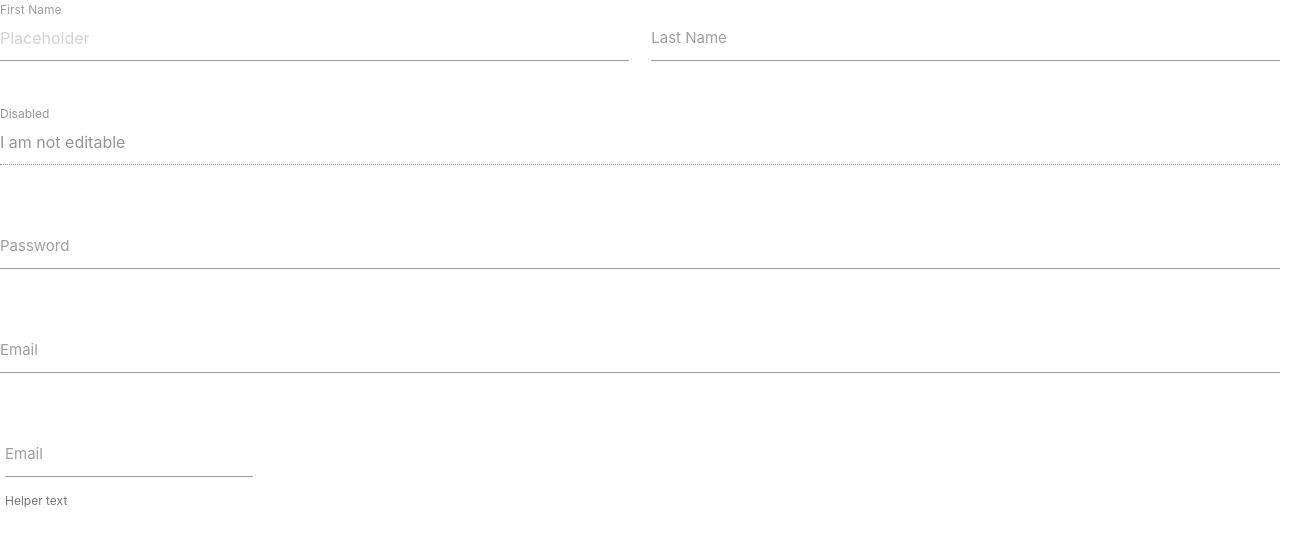
Repository: luizasilveira/TechWeb
Page: Projeto1/techWebP1/WebContent/register.html
An editor plug-in stored every save of this project. The page is shown before and after the next save, followed by the edit.
The browser window is 1280 px wide. The page is 1303 px wide, so the pictures cover 1303 px, including what lies to the right of the window. The pictures show the whole page.

Above is the page before, as saved 2019-09-06 19:57:07.

### Projeto1/techWebP1/WebContent/register.html
<!DOCTYPE html>
<html>
<head>
<meta charset="ISO-8859-1">
<title>HOME</title>
<!--Import Google Icon Font-->
<link href="https://fonts.googleapis.com/icon?family=Material+Icons"
	rel="stylesheet">
<!--Import materialize.css-->
<link rel="stylesheet"
	href="https://cdnjs.cloudflare.com/ajax/libs/materialize/1.0.0/css/materialize.min.css">
</head>

<body>
	<form action="./ClientRegister" method="POST" class="col s12">


			<div class="row">
				<div class="input-field col s6">
					<input placeholder="Placeholder" id="first_name" type="text"
						class="validate"> <label for="first_name">First
						Name</label>
				</div>
				<div class="input-field col s6">
					<input id="last_name" type="text" class="validate"> <label
						for="last_name">Last Name</label>
				</div>
			</div>
			<div class="row">
				<div class="input-field col s12">
					<input disabled value="I am not editable" id="disabled" type="text"
						class="validate"> <label for="disabled">Disabled</label>
				</div>
			</div>
			<div class="row">
				<div class="input-field col s12">
					<input id="password" type="password" class="validate"> <label
						for="password">Password</label>
				</div>
			</div>
			<div class="row">
				<div class="input-field col s12">
					<input id="email" type="email" class="validate"> <label
						for="email">Email</label>
				</div>
			</div>
			<div class="row">
				<div class="col s12">

					<div class="input-field inline">
						<input id="email_inline" type="email" class="validate"> <label
							for="email_inline">Email</label> <span class="helper-text"
							data-error="wrong" data-success="right">Helper text</span>
					</div>
				</div>
			</div>
	</form>

	<script src="https://code.jquery.com/jquery-1.12.0.min.js"></script>
	<script src="https://cdnjs.cloudflare.com/ajax/libs/materialize/1.0.0/js/materialize.min.js"></script>





</body>
</html>

After the next save:
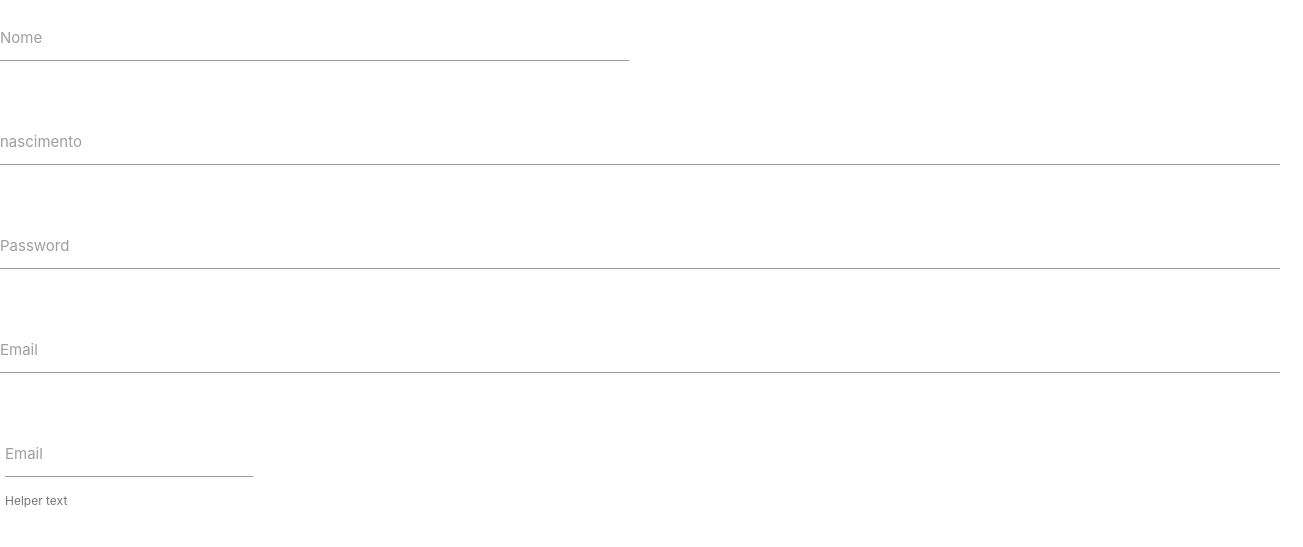
Saved 4 min 4 s later.
--- a/Projeto1/techWebP1/WebContent/register.html
+++ b/Projeto1/techWebP1/WebContent/register.html
@@ -13,23 +13,17 @@
 
 <body>
 	<form action="./ClientRegister" method="POST" class="col s12">
-
-
-			<div class="row">
+		<div class="row">
 				<div class="input-field col s6">
-					<input placeholder="Placeholder" id="first_name" type="text"
-						class="validate"> <label for="first_name">First
-						Name</label>
-				</div>
-				<div class="input-field col s6">
-					<input id="last_name" type="text" class="validate"> <label
-						for="last_name">Last Name</label>
+					<input id="Nome" type="text"
+						class="validate"> <label for="first_name">Nome
+						</label>
 				</div>
 			</div>
 			<div class="row">
 				<div class="input-field col s12">
-					<input disabled value="I am not editable" id="disabled" type="text"
-						class="validate"> <label for="disabled">Disabled</label>
+					<input id="nascimento" type="text"
+						class="validate"> <label for="nascimento">nascimento</label>
 				</div>
 			</div>
 			<div class="row">
